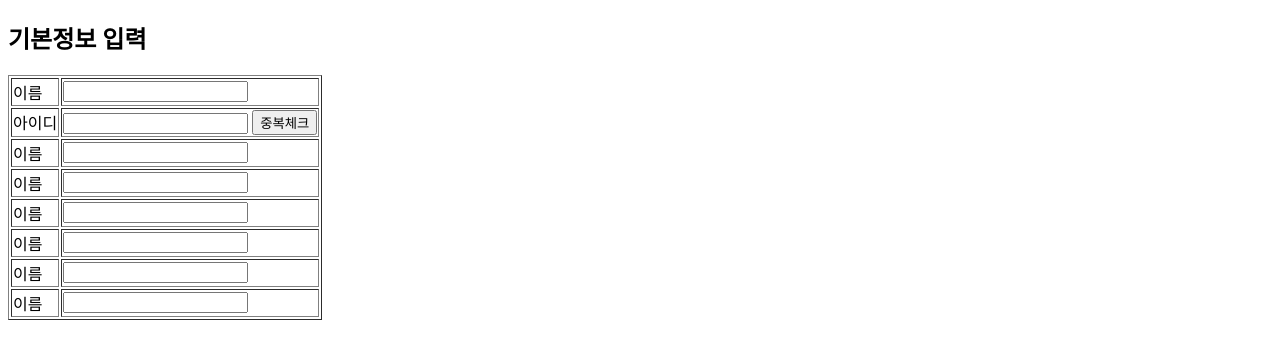
Repository: jinaa11/Kcc_Web
Page: Html/WebContent/mission3.html
An editor plug-in stored every save of this project. The page is shown before and after the next save, followed by the edit.
The browser window is 1280 px wide. The pictures show the whole page.

Above is the page before, as saved 2024-07-08 06:17:03.

### Html/WebContent/mission3.html
<!DOCTYPE html>
<html>
<head>
<meta charset="UTF-8">
<title>회원가입</title>
</head>
<body>
	<h2>기본정보 입력</h2>
	<table border="1">
		<tbody>
			<tr>
				<td>이름</td>
				<td>
					<input type="text" name="name">
				</td>
			</tr>
			<tr>
				<td>아이디</td>
				<td>
					<input type="text" name="name">
					<input type="button" name="duplication_check" value="중복체크">
				</td>
			</tr>
			<tr>
				<td>이름</td>
				<td>
					<input type="text" name="name">
				</td>
			</tr>
			<tr>
				<td>이름</td>
				<td>
					<input type="text" name="name">
				</td>
			</tr>
			<tr>
				<td>이름</td>
				<td>
					<input type="text" name="name">
				</td>
			</tr>
			<tr>
				<td>이름</td>
				<td>
					<input type="text" name="name">
				</td>
			</tr>
			<tr>
				<td>이름</td>
				<td>
					<input type="text" name="name">
				</td>
			</tr>
			<tr>
				<td>이름</td>
				<td>
					<input type="text" name="name">
				</td>
			</tr>
		</tbody>
	</table>
</body>
</html>

After the next save:
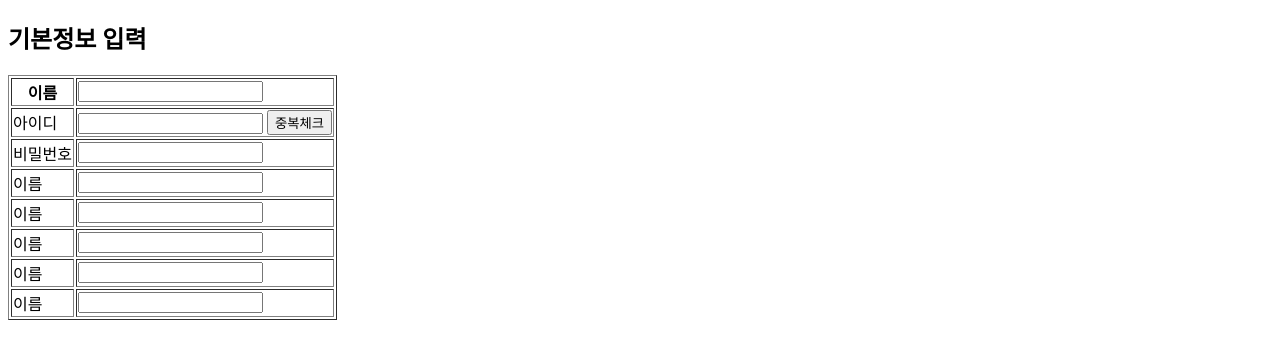
Saved 44 s later.
--- a/Html/WebContent/mission3.html
+++ b/Html/WebContent/mission3.html
@@ -9,7 +9,7 @@
 	<table border="1">
 		<tbody>
 			<tr>
-				<td>이름</td>
+				<th>이름</th>
 				<td>
 					<input type="text" name="name">
 				</td>
@@ -22,7 +22,7 @@
 				</td>
 			</tr>
 			<tr>
-				<td>이름</td>
+				<td>비밀번호</td>
 				<td>
 					<input type="text" name="name">
 				</td>
